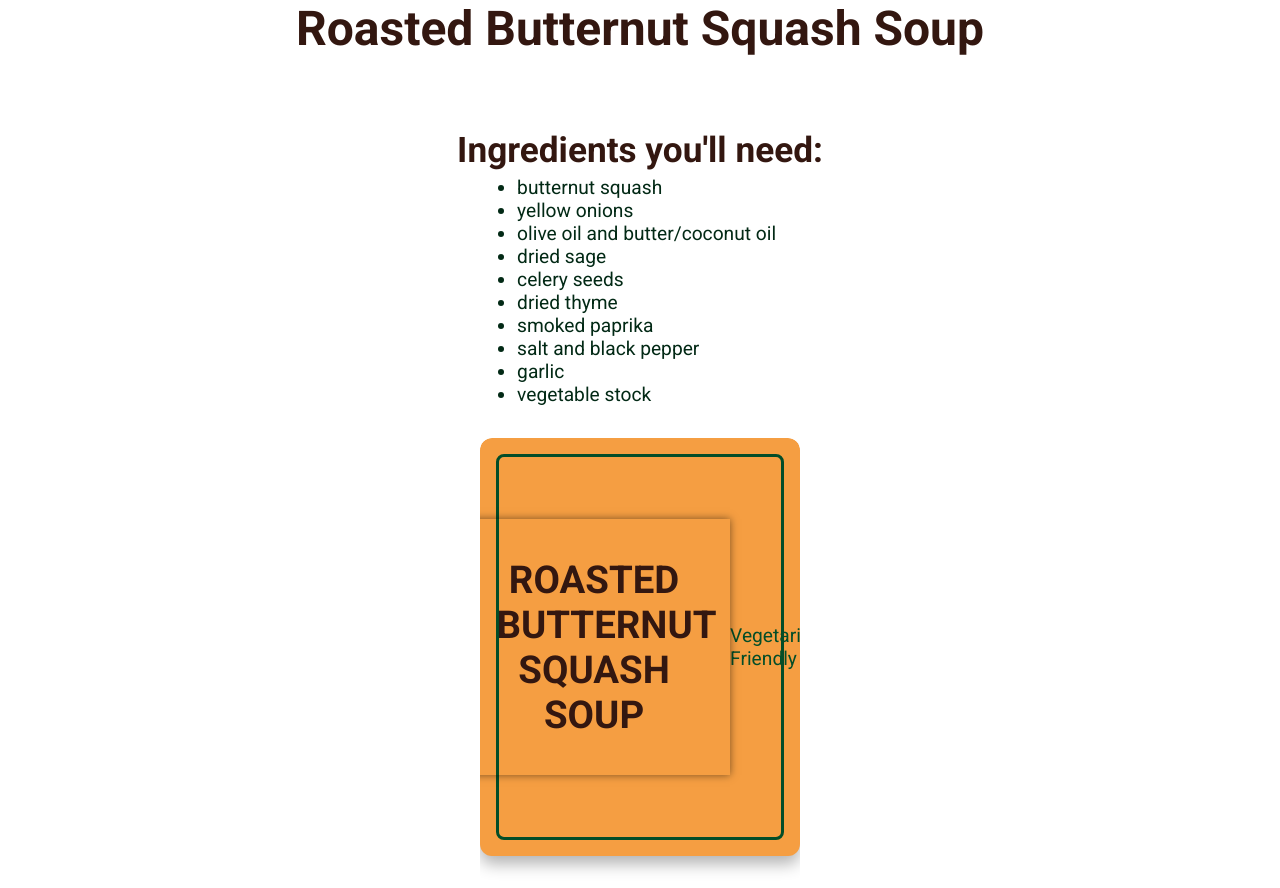
Repository: IDMX225/css-card-flip-LyssaMA
Page: src/index.html
These files come from the project's save history. The page is drawn as it stood at one moment and after the next save; the edit follows.
The browser window is 1280 px wide. The pictures show the whole page.
The style sheet was rebuilt from its Sass, Less or Tailwind sources for each picture, by a compiler version that may differ from the author's.

Above is the page before, as saved 2024-11-12 20:42:16.
Not found: src/js/index.js

### src/index.html
<!DOCTYPE html>
<html lang="en">

<head>
  <meta charset="UTF-8">
  <meta name="viewport" content="width=device-width, initial-scale=1.0">
  <meta name="description" content="A modern CSS page">
  <meta name="generator" content="Eleventy v1.2">
  <title>Recipe</title>
  <link rel="shortcut icon" href="images/squash.png" type="image/png">
  <link rel="stylesheet" href="css/main.css">
</head>

<body>
  <!-- Title above the card -->
  <div class="title-above-card">Roasted Butternut Squash Soup</div>

  <!-- Ingredients Section -->
  <div class="ingredients">
    <div class="ingredients-heading">Ingredients you'll need:</div>
    <ul class="ingredients-list">
      <li>butternut squash</li>
      <li>yellow onions</li>
      <li>olive oil and butter/coconut oil</li>
      <li>dried sage</li>
      <li>celery seeds</li>
      <li>dried thyme</li>
      <li>smoked paprika</li>
      <li>salt and black pepper</li>
      <li>garlic</li>
      <li>vegetable stock</li>
    </ul>
  </div>

  <!-- The Card with the Recipe Title inside -->
  <div class="card">
    <div class="card__content">
      <div class="card__front">
        <h3 class="card__title">Roasted Butternut Squash Soup</h3>
        <p class="card__subtitle">Vegetarian Friendly</p>
      </div>

      <div class="card__back">
        <p class="card__body">To roast the squash, simply place the seasoned squash onto two large baking sheets lined
          with aluminum foil for easy cleanup. Roast in the oven for 45 minutes at 400°F.
          There's no need to flip over the squash halfway through roasting. Just let it go for 45 minutes and that's it!
          Enjoy!</p>
      </div>
    </div>
  </div>

  <script src="js/index.js"></script>
</body>

</html>

### src/sass/main.scss
/* Import Google Fonts */
@import url('https://fonts.googleapis.com/css2?family=Roboto:wght@400;700&display=swap');

:root {
  --level-three: translateZ(9rem);
  --fw-normal: 400;
  --fw-bold: 700;
  --clr: #f59e42; /* Squash Soup Orange */
  --clr-dark: #331710; /* Dark brown for the card back */
  --font-family: 'Roboto', sans-serif;
}

*,
*::before,
*::after {
  box-sizing: border-box; /* Ensures padding and border are included in width/height */
  margin: 0;
}

body {
  font-family: var(--font-family);
  height: 100vh;
  display: grid;
  place-items: center;
}

/* Title Above the Card */
.title-above-card {
  font-family: var(--font-family);
  font-size: 3rem; /* Larger size for the title */
  font-weight: var(--fw-bold);
  text-align: center;
  margin-bottom: 1.5em; /* Space between title and ingredients */
  color: #331710; /* Dark color for the title */
}

/* Ingredients Section */
.ingredients {
  text-align: center;
  margin-bottom: 2em; /* Space between ingredients and card */
}

.ingredients-heading {
  font-family: var(--font-family);
  font-size: 2.2rem; /* Larger size for "Ingredients you'll need:" */
  font-weight: var(--fw-bold);
  color: #331710; /* Dark color */
  margin-bottom: 5px; /* Adds space between the heading and the ingredient list */
}

.ingredients-list {
  text-align: left;
  font-family: var(--font-family);
  font-size: 1.2rem; /* Regular size for the list items */
  color: #022915; /* Dark green color */
  list-style-type: disc; /* Use bullet points for the list */
  margin-left: 20px; /* Indentation for the list items */
}

/* Card Container */
.card {
  width: 320px;  /* Increased size to make the card larger */
  height: 450px; /* Increased height for better proportions */
  perspective: 1000px;
  border-radius: 12px; /* Slightly rounder corners for better effect */
  overflow: hidden;
  padding-bottom: 2em; /* Add padding under the card */
  display: flex; /* To center content vertically and horizontally */
  flex-direction: column; /* Keep it column-based layout */
}

/* Card Content */
.card__content {
  position: relative;
  width: 100%;
  height: 100%;
  transform-style: preserve-3d;
  transition: transform 0.6s;
}

.card:hover .card__content {
  transform: rotateY(180deg);
}

.card__front,
.card__back {
  position: absolute;
  top: 0;
  left: 0;
  right: 0;
  bottom: 0;
  backface-visibility: hidden;
  display: grid;
  justify-items: center;
  align-items: center;
  border-radius: 12px;  /* Ensure the corners of both front and back are rounded */
  box-sizing: border-box; /* Ensure padding and border are included */
}

/* Front of the Card */
.card__front {
  background-color: var(--clr);
  color: #034d28; /* Dark green text for contrast */
  padding: 2.5em 1.5em;  /* Adjust padding to allow more space inside */
  border-radius: 12px; /* Match the card's rounded corners */
  box-shadow: 0 8px 16px rgba(0, 0, 0, 0.3); /* Add shadow to front for depth */
  position: relative;
  display: flex;
  justify-content: center; /* Horizontally center content */
  align-items: center; /* Vertically center content */
  width: 100%;  /* Ensure full width of the card */
  height: 100%; /* Ensure full height of the card */
}

/* Adding the border effect with rounded corners */
.card__front::before {
  content: '';
  position: absolute; /* Change to absolute to position inside the card */
  top: 1em;
  bottom: 1em;
  left: 1em;
  right: 1em;
  border: 3px solid currentColor;
  border-radius: 8px; /* Rounded corners on the border */
  pointer-events: none; /* Prevent interaction with the border */
}

/* Title on Card Front */
.card__title {
  font-family: var(--font-family);
  font-size: 2.4rem; /* Slightly larger title size */
  font-weight: var(--fw-bold);
  text-transform: uppercase;
  color: #331710;
  box-shadow: 0 0 8px rgba(0, 0, 0, 0.5); /* Enhanced shadow around title */
  padding: 1em; /* Even padding inside the box for space from the border */
  text-align: center;
  position: relative; /* Ensure the title is properly positioned */
  z-index: 1;  /* Ensure the title is on top of the border */
  margin: 0;  /* Ensure no extra space around the title */
  width: 100%;  /* Ensures the title box stretches across the card */
  box-sizing: border-box; /* Include padding in the overall width calculation */
}

/* Subtitle on Card */
.card__subtitle {
  font-family: var(--font-family);
  font-size: 1.2rem;
  font-weight: var(--fw-normal);
}

/* Back of the Card */
.card__back {
  background: var(--clr-dark);
  color: #f7d07d;
  transform: rotateY(180deg);
  border-radius: 12px; /* Ensure the back matches the card's rounded corners */
  padding: 2.5em; /* Add padding to the back */
  box-sizing: border-box; /* Include padding in the overall size */
}

.card__body {
  font-family: var(--font-family);
  font-size: 1rem;
  line-height: 1.5;
  text-align: center;
}

After the next save:
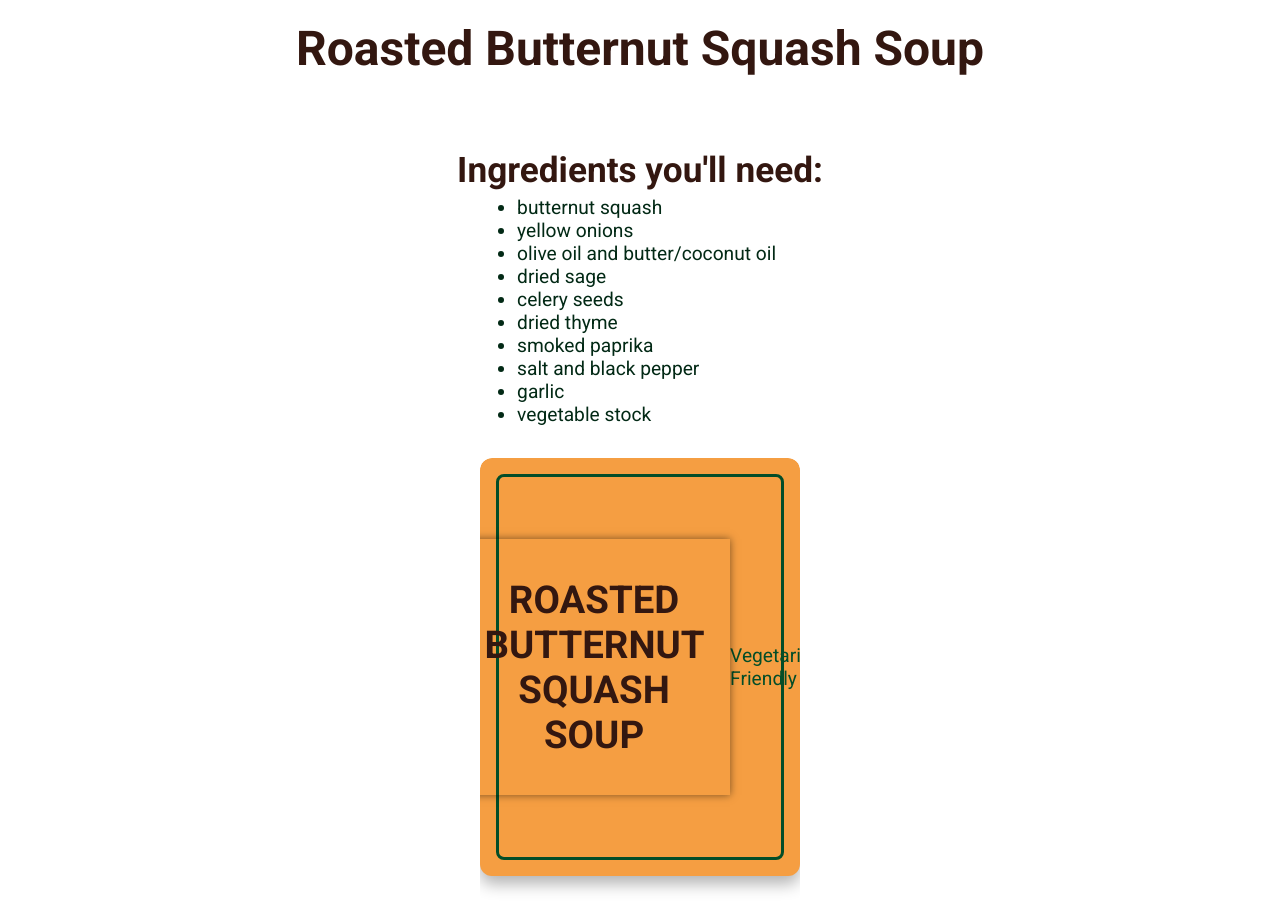
Saved 2 min 51 s later.
--- a/src/sass/main.scss
+++ b/src/sass/main.scss
@@ -22,6 +22,7 @@ body {
   height: 100vh;
   display: grid;
   place-items: center;
+  padding: 20px;
 }
 
 /* Title Above the Card */
@@ -59,14 +60,14 @@ body {
 
 /* Card Container */
 .card {
-  width: 320px;  /* Increased size to make the card larger */
-  height: 450px; /* Increased height for better proportions */
+  width: 320px;  /* Card width */
+  height: 450px; /* Card height */
   perspective: 1000px;
-  border-radius: 12px; /* Slightly rounder corners for better effect */
+  border-radius: 12px; /* Rounded corners */
   overflow: hidden;
   padding-bottom: 2em; /* Add padding under the card */
-  display: flex; /* To center content vertically and horizontally */
-  flex-direction: column; /* Keep it column-based layout */
+  display: flex;
+  flex-direction: column;
 }
 
 /* Card Content */
@@ -93,29 +94,29 @@ body {
   display: grid;
   justify-items: center;
   align-items: center;
-  border-radius: 12px;  /* Ensure the corners of both front and back are rounded */
-  box-sizing: border-box; /* Ensure padding and border are included */
+  border-radius: 12px; /* Ensure the corners of both front and back are rounded */
+  box-sizing: border-box; /* Ensures padding and border are included */
+  width: 100%;  /* Ensure front and back are the same size */
+  height: 100%; /* Ensure front and back are the same size */
 }
 
 /* Front of the Card */
 .card__front {
   background-color: var(--clr);
   color: #034d28; /* Dark green text for contrast */
-  padding: 2.5em 1.5em;  /* Adjust padding to allow more space inside */
+  padding: 2em 1.5em;  /* Adjust padding for consistent spacing */
   border-radius: 12px; /* Match the card's rounded corners */
   box-shadow: 0 8px 16px rgba(0, 0, 0, 0.3); /* Add shadow to front for depth */
   position: relative;
   display: flex;
-  justify-content: center; /* Horizontally center content */
-  align-items: center; /* Vertically center content */
-  width: 100%;  /* Ensure full width of the card */
-  height: 100%; /* Ensure full height of the card */
+  justify-content: center; /* Center content horizontally */
+  align-items: center; /* Center content vertically */
 }
 
 /* Adding the border effect with rounded corners */
 .card__front::before {
   content: '';
-  position: absolute; /* Change to absolute to position inside the card */
+  position: absolute; /* Position inside the front */
   top: 1em;
   bottom: 1em;
   left: 1em;
@@ -135,11 +136,14 @@ body {
   box-shadow: 0 0 8px rgba(0, 0, 0, 0.5); /* Enhanced shadow around title */
   padding: 1em; /* Even padding inside the box for space from the border */
   text-align: center;
-  position: relative; /* Ensure the title is properly positioned */
+  position: relative;
   z-index: 1;  /* Ensure the title is on top of the border */
-  margin: 0;  /* Ensure no extra space around the title */
-  width: 100%;  /* Ensures the title box stretches across the card */
+  width: 100%;  /* Ensure title box stretches across the card */
   box-sizing: border-box; /* Include padding in the overall width calculation */
+  display: flex;
+  justify-content: center; /* Ensure title is horizontally centered */
+  align-items: center; /* Ensure title is vertically centered */
+  margin: 0;  /* Remove any extra margin around the title */
 }
 
 /* Subtitle on Card */
